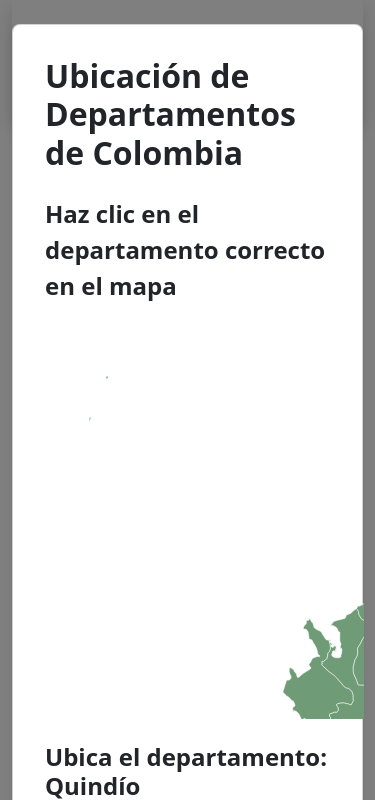
Repository: AngelPalaciosN/GeoEx-colombia
Page: / (app in geoex-colombia/), after clicking the first element matching `button.btn`
These files come from the project's save history. The page is drawn as it stood at one moment and after the next save; the edit follows.
The browser window is 375 px wide. The pictures show the whole page.
An inner scrolling area shows only its first screen. The project was rebuilt for these pictures with package versions that can differ from the ones it lists, and the page was loaded fresh each time. Also part of the build but not shown: geoex-colombia/src/scss/header.scss.

Above is the page before, as saved 2024-10-14 17:24:17.

### geoex-colombia/public/index.html
<!DOCTYPE html>
<html lang="en">
  <head>
    <meta charset="utf-8" />
    <meta name="viewport" content="width=device-width, initial-scale=1" />
    <meta
      name="description"
      content="Web site created using create-react-app"
    />
    <link rel="apple-touch-icon" href="%PUBLIC_URL%/logo192.png" />
    <!--
      manifest.json provides metadata used when your web app is installed on a
      user's mobile device or desktop. See https://developers.google.com/web/fundamentals/web-app-manifest/
    -->
    <link rel="manifest" href="%PUBLIC_URL%/manifest.json" />
    <!--
      Notice the use of %PUBLIC_URL% in the tags above.
      It will be replaced with the URL of the `public` folder during the build.
      Only files inside the `public` folder can be referenced from the HTML.

      Unlike "/favicon.ico" or "favicon.ico", "%PUBLIC_URL%/favicon.ico" will
      work correctly both with client-side routing and a non-root public URL.
      Learn how to configure a non-root public URL by running `npm run build`.
    -->
    <title>GeoEx-Colombia</title>
  </head>
  <body>
    <noscript>You need to enable JavaScript to run this app.</noscript>
    <div id="root"></div>
    <!--
      This HTML file is a template.
      If you open it directly in the browser, you will see an empty page.

      You can add webfonts, meta tags, or analytics to this file.
      The build step will place the bundled scripts into the <body> tag.

      To begin the development, run `npm start` or `yarn start`.
      To create a production bundle, use `npm run build` or `yarn build`.
    -->
  </body>
</html>

### geoex-colombia/src/index.js
import React from 'react';
import ReactDOM from 'react-dom/client';
import 'bootstrap/dist/js/bootstrap.bundle.min';
import './scss/style.scss';
import App from './App';


const root = ReactDOM.createRoot(document.getElementById('root'));
root.render(
  <React.StrictMode>
    <App />
  </React.StrictMode>
);

### geoex-colombia/src/scss/style.scss
$primary: #FFD700;
$secondary: #0033A0;
$danger: #CE1126;

@import "~bootstrap/scss/bootstrap";
@import 'responsive';


html, body {
    margin: 0;
    padding: 0;
    width: 100%;
    height: 100%;
    overflow-x: hidden;
  }

### geoex-colombia/src/App.js
import React from 'react';
import { BrowserRouter as Router, Routes, Route, Navigate } from 'react-router-dom';
import Home from './components/Home';

function App() {
  return (
    <Router>
      <Routes>
        <Route path="/Inicio" element={<Home />} />
        <Route path="*" element={<Navigate to="/Inicio" />} />
      </Routes>
    </Router>
  );
}

export default App;

### geoex-colombia/src/scss/_responsive.scss
$scroll-o: $primary;
$scroll-i: $secondary;
body{
    display: grid;
    padding: 0;
    margin: 0;
    box-sizing: border-box;
    grid-template-columns: repeat(1, 2fr);
    grid-template-rows: repeat(1, 2fr);

    &::-webkit-scrollbar{
      width: 0.5rem;
    }
    &::-webkit-scrollbar-track {
      background: $scroll-i;
  }
    &::-webkit-scrollbar-thumb{
      background-color: $scroll-o;
      border-radius: 0.5rem;
    }
  }


  section {
    display: flex;
    align-items: center;
    justify-content: space-between;
    text-align: center;
    flex-wrap: wrap;
    margin: auto;
    height: 90vh;
  }

### geoex-colombia/src/components/Home.jsx
import React from 'react';
import Header from './modules/Header';
import Sec1 from './modules/Sec1';

function Home() {
  return (
    <div class="container-fluid">
      <Header />
      <Sec1 />
    </div>
  );
}

export default Home;

### geoex-colombia/src/components/modules/Header.jsx
import React from 'react';
import '../../scss/header.scss';

function Header() {
  return (
    <header id='con' className="bg-white shadow" style={{ fontFamily: "'Roboto', sans-serif" }}>
      <div className="container py-4">
        <div className="row justify-content-center align-items-center">
          <div className="col-auto d-flex align-items-center">
            <div className="rounded-circle d-flex justify-content-center align-items-center" style={{ width: '64px', height: '64px', backgroundColor: '#FCD116' }}>
              <svg
                xmlns="http://www.w3.org/2000/svg"
                viewBox="0 0 24 24"
                fill="none"
                stroke="#003893"
                strokeWidth="2"
                strokeLinecap="round"
                strokeLinejoin="round"
                style={{ width: '40px', height: '40px' }}
              >
                <path d="M21 10c0 7-9 13-9 13s-9-6-9-13a9 9 0 0 1 18 0z" />
                <circle cx="12" cy="10" r="3" />
              </svg>
            </div>
            <span className="h2 mb-0 ms-3 fw-bold text-primary" style={{ letterSpacing: '0.5px' }}>Geoex</span>
          </div>
        </div>
      </div>
      <div className="d-flex" style={{ height: '8px' }}>
        <div className="w-50" style={{ backgroundColor: '#FCD116' }}></div>
        <div className="w-25" style={{ backgroundColor: '#003893' }}></div>
        <div className="w-25" style={{ backgroundColor: '#CE1126' }}></div>
      </div>
    </header>
      );
}

export default Header;

### geoex-colombia/src/components/modules/Sec1.jsx
import React, { useState } from 'react';
import { useTypewriter, Cursor } from 'react-simple-typewriter';
import Mapa from './mapa';
import '../../scss/mapa.scss';

function Sec1() {
  const [isMapV, setMapV] = useState(false);
  const [isAnimating, setIsAnimating] = useState(false);

  const handleOpenMap = () => {
    setIsAnimating(true);
    setMapV(true);
  };

  const handleCloseMap = () => {
    setIsAnimating(false);
    // Retrasa el cierre del componente para permitir que se complete la animación
    setTimeout(() => setMapV(false), 500); // 500ms coincide con la duración de la animación
  };

  const [text] = useTypewriter({
    words: ['territorio', 'país', 'Colombia'],
    loop: true,
    typeSpeed: 100,
    deleteSpeed: 50,
    delaySpeed: 1000,
  });

  const getColor = (word) => {
    if (word.includes('territorio')) {
      return 'yellow';
    } else if (word.includes('país')) {
      return 'blue';
    } else if (word.includes('Colombia')) {
      return 'red';
    } else {
      return 'black';
    }
  };

  return (
    <div style={{ position: 'relative' }}>
      <section id='sec1' className="py-5">
        <div className="container">
          <div className="row">
            <div className="col-12 text-center">
              <h1 className="display-4">
                Conoce tu{' '}
                <span style={{ color: getColor(text) }}>
                  {text}
                  <Cursor />
                </span>
              </h1>
              <button className='btn btn-primary' onClick={handleOpenMap}>Jugar</button>
            </div>
          </div>
        </div>
      </section>

      {/* Overlay oscuro */}
      {isMapV && (
        <div className={`overlay ${isAnimating ? 'show' : 'hide'}`}></div>
      )}

      {/* Componente MapaV */}
      {isMapV && (
        <div className={`MapaV ${isAnimating ? 'show' : 'hide'}`}>
          <Mapa onClose={handleCloseMap} />
        </div>
      )}
    </div>
  );
}

export default Sec1;

### geoex-colombia/src/components/modules/mapa.jsx
'use client'

import React, { useState, useEffect } from 'react'
import '../../scss/mapa.scss'
import { ReactComponent as ColombiaMap } from '../../images/co.svg'

const departments = [
  "Amazonas", "Antioquia", "Arauca", "Atlántico", "Bolívar", "Boyacá", "Caldas", "Caquetá", "Casanare", "Cauca",
  "Cesar", "Chocó", "Córdoba", "Cundinamarca", "Guainía", "Guaviare", "Huila", "La Guajira", "Magdalena", "Meta",
  "Nariño", "Norte de Santander", "Putumayo", "Quindío", "Risaralda", "San Andrés y Providencia", "Santander",
  "Sucre", "Tolima", "Valle del Cauca", "Vaupés", "Vichada", "Distrito Capital de Bogotá"
];

const departmentIds = {
  "Nariño": "CONAR",
  "Putumayo": "COPUT",
  "Chocó": "COCHO",
  "Guainía": "COGUA",
  "Vaupés": "COVAU",
  "Amazonas": "COAMA",
  "La Guajira": "COLAG",
  "Cesar": "COCES",
  "Norte de Santander": "CONSA",
  "Arauca": "COARA",
  "Boyacá": "COBOY",
  "Vichada": "COVID",
  "Cauca": "COCAU",
  "Valle del Cauca": "COVAC",
  "Antioquia": "COANT",
  "Córdoba": "COCOR",
  "Sucre": "COSUC",
  "Bolívar": "COBOL",
  "Atlántico": "COATL",
  "Magdalena": "COMAG",
  "San Andrés y Providencia": "COSAP",
  "Caquetá": "COCAQ",
  "Huila": "COHUI",
  "Guaviare": "COGUV",
  "Caldas": "COCAL",
  "Casanare": "COCAS",
  "Meta": "COMET",
  "Distrito Capital de Bogotá": "CODC",
  "Santander": "COSAN",
  "Tolima": "COTOL",
  "Quindío": "COQUI",
  "Cundinamarca": "COCUN",
  "Risaralda": "CORIS"
};

export default function Mapa({ onClose }) {
  const [selectedDepartment, setSelectedDepartment] = useState("");
  const [targetDepartment, setTargetDepartment] = useState("");
  const [showResult, setShowResult] = useState(false);
  const [isCorrect, setIsCorrect] = useState(false);

  const handleDepartmentClick = (event) => {
    const departmentId = event.target.id;
    const department = Object.keys(departmentIds).find(key => departmentIds[key] === departmentId);
    setSelectedDepartment(department || "");
  };

  const handleSubmit = () => {
    setIsCorrect(selectedDepartment === targetDepartment);
    setShowResult(true);
  };

  const handleNextDepartment = () => {
    const randomDepartment = departments[Math.floor(Math.random() * departments.length)];
    setTargetDepartment(randomDepartment);
    setSelectedDepartment("");
    setShowResult(false);
  };

  useEffect(() => {
    handleNextDepartment();
  }, []);

  return (
    <div className="card">
      <div className="card-content">
        <h2 className="title">Ubicación de Departamentos de Colombia</h2>
        <p className="subtitle">Haz clic en el departamento correcto en el mapa</p>
        <div className="map-container">
          <ColombiaMap
            className="map"
            onClick={handleDepartmentClick}
          />
        </div>
        <div className="game-info">
          <h3 className="subtitle">Ubica el departamento: {targetDepartment}</h3>
          {/* Aquí se eliminó el texto que mostraba el departamento seleccionado */}
          <button
            onClick={handleSubmit}
            disabled={!selectedDepartment || showResult}
            className="button submit-button"
          >
            Verificar
          </button>
          {showResult && (
            <div className={`result ${isCorrect ? 'correct' : 'incorrect'}`}>
              {isCorrect ? "¡Correcto!" : `Incorrecto. El departamento correcto es ${targetDepartment}.`}
            </div>
          )}
        </div>
        <div className="button-container">
          <button
            onClick={handleNextDepartment}
            className="button next-button"
          >
            Siguiente Departamento
          </button>
          <button
            onClick={onClose}
            className="button close-button"
          >
            Cerrar Mapa
          </button>
        </div>
      </div>
    </div>
  )
}

### geoex-colombia/src/scss/mapa.scss
#mapa {
    display: grid;
    margin: auto;
    background: white;
    align-items: center;
    text-align: center;
  }

  /* mapa.scss */
@keyframes fadeIn {
    from {
      opacity: 0;
      transform: scale(0.9);
    }
    to {
      opacity: 1;
      transform: scale(1);
    }
  }

  @keyframes fadeOut {
    from {
      opacity: 1;
      transform: scale(1);
    }
    to {
      opacity: 0;
      transform: scale(0.9);
    }
  }

  .MapaV {
    position: absolute;
    top: -8rem;
    left: 0;
    width: 100%;
    height: 100%;
    z-index: 10;
    opacity: 0;
    visibility: hidden;
    transition: visibility 0s, opacity 0.5s ease-in-out, transform 0.5s ease-in-out;

    &.show {
      visibility: visible;
      opacity: 1;
      animation: fadeIn 0.5s forwards;
    }

    &.hide {
      animation: fadeOut 0.5s forwards;
      opacity: 0;
      visibility: hidden;
      transition: visibility 0s 0.5s;
    }

    /* Estilos para dispositivos móviles */
    @media (max-width: 768px) {
      top: -6rem; /* Ajusta este valor según sea necesario para pantallas pequeñas */
    }

    @media (max-width: 480px) {
      top: -6rem; /* Para pantallas más pequeñas, como teléfonos */
    }
  }

  .card {
    width: 100%;
    max-width: 60rem;
    margin: 0 auto;
    background-color: white;
    border-radius: 0.5rem;
    box-shadow: 0 4px 6px rgba(0, 0, 0, 0.1);
  }

  .card-content {
    padding: 2rem;
  }

  .title {
    font-size: 2rem;
    font-weight: bold;
    margin-bottom: 1.5rem;
  }

  .subtitle {
    font-size: 1.5rem;
    font-weight: 600;
    margin-bottom: 1rem;
  }

  .map-container {
    width: 100%;
    margin-bottom: 1.5rem;
  }

  .map {
    max-width: 140%;
    height: auto;
    margin: auto;
    position: relative;
    left: -5rem;
  }

  .department {
    cursor: pointer;
    transition: fill 0.2s;

    &:hover {
      fill: #4a5568;
    }

    &.selected {
      fill: #3182ce;
    }
  }

  .game-info {
    margin-bottom: 1.5rem;
    font-size: 1.25rem;
  }

  .button {
    padding: 0.5rem;
    border: none;
    border-radius: 0.25rem;
    cursor: pointer;
    font-weight: 600;
    transition: background-color 0.2s;

    &.submit-button {
      background-color: #4299e1;
      color: white;

      &:hover {
        background-color: #3182ce;
      }

      &:disabled {
        background-color: #a0aec0;
        cursor: not-allowed;
      }
    }

    &.next-button {
      background-color: #48bb78;
      color: white;
      margin-right: 1rem;

      &:hover {
        background-color: #38a169;
      }
    }

    &.close-button {
      background-color: #f56565;
      color: white;

      &:hover {
        background-color: #e53e3e;
      }
    }
  }

  .result {
    margin-top: 1.5rem;
    padding: 1.5rem;
    border-radius: 0.25rem;

    &.correct {
      background-color: #c6f6d5;
      color: #2f855a;
    }

    &.incorrect {
      background-color: #fed7d7;
      color: #c53030;
    }
  }

  .button-container {
    display: flex;
    justify-content: flex-start;
    margin-top: 1.5rem;
  }

  .map path {
    cursor: pointer;
    transition: fill 0.3s ease;

    &:hover {
      fill: #ffcc00;
      stroke: #ffcc00;
      stroke-width: 2;
    }
  }

  .overlay {
    position: fixed;
    top: 0;
    left: 0;
    width: 100vw;
    height: 100vh;
    background-color: rgba(0, 0, 0, 0.5); /* Oscurece con transparencia */
    opacity: 0;
    visibility: hidden;
    transition: opacity 0.5s ease-in-out, visibility 0.5s ease-in-out;
    z-index: 9; /* Debe estar debajo del MapaV */
  }

  .overlay.show {
    opacity: 1;
    visibility: visible;
  }

  .overlay.hide {
    opacity: 0;
    visibility: hidden;
  }

After the next save:
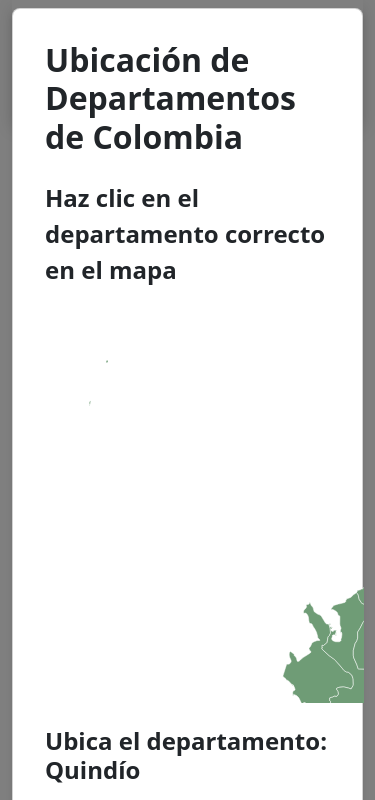
Saved 55 s later.
--- a/geoex-colombia/src/scss/mapa.scss
+++ b/geoex-colombia/src/scss/mapa.scss
@@ -53,13 +53,8 @@
       transition: visibility 0s 0.5s;
     }
 
-    /* Estilos para dispositivos móviles */
-    @media (max-width: 768px) {
-      top: -6rem; /* Ajusta este valor según sea necesario para pantallas pequeñas */
-    }
-
     @media (max-width: 480px) {
-      top: -6rem; /* Para pantallas más pequeñas, como teléfonos */
+      top: -7rem; /* Para pantallas más pequeñas, como teléfonos */
     }
   }
 
